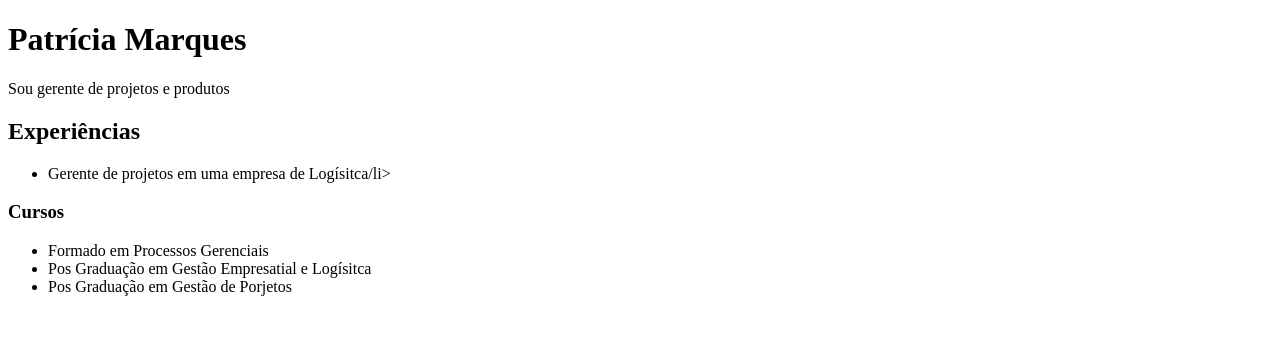
Repository: 27marques/avaliacao
Page: exercicio01/index.html
An editor plug-in stored every save of this project. The page is shown before and after the next save, followed by the edit.
The browser window is 1280 px wide. The pictures show the whole page.

Above is the page before, as saved 2022-08-19 22:51:01.

### exercicio01/index.html
<!DOCTYPE html>
<html lang="pt -br">
<head>
    <meta charset="UTF-8">
    <meta http-equiv="X-UA-Compatible" content="IE=edge">
    <meta name="viewport" content="width=device-width, initial-scale=1.0">
    <title>Exercicio 01</title>
</head>
<body>
    <div class="container">
        <h1>Patrícia Marques</h1>
        <p>Sou gerente de projetos e produtos</p>
        <h2>Experiências</h2>
        <ul>
            <li>Gerente de projetos em uma empresa de Logísitca/li>
        </ul>
        <h3>Cursos</h3>
        <ul>
            <li>Formado em Processos Gerenciais</li>
            <li>Pos Graduação em Gestão Empresatial e Logísitca</li>
            <li>Pos Graduação em Gestão de Porjetos</li>
        </ul>

    </div>

</body>
</html>

After the next save:
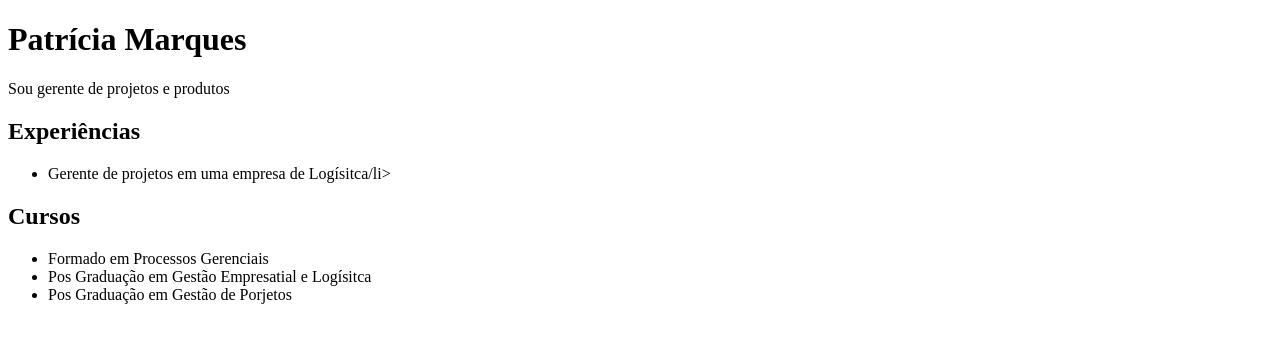
Saved 2 min 48 s later.
--- a/exercicio01/index.html
+++ b/exercicio01/index.html
@@ -14,7 +14,7 @@
         <ul>
             <li>Gerente de projetos em uma empresa de Logísitca/li>
         </ul>
-        <h3>Cursos</h3>
+        <h2>Cursos</h2>
         <ul>
             <li>Formado em Processos Gerenciais</li>
             <li>Pos Graduação em Gestão Empresatial e Logísitca</li>
